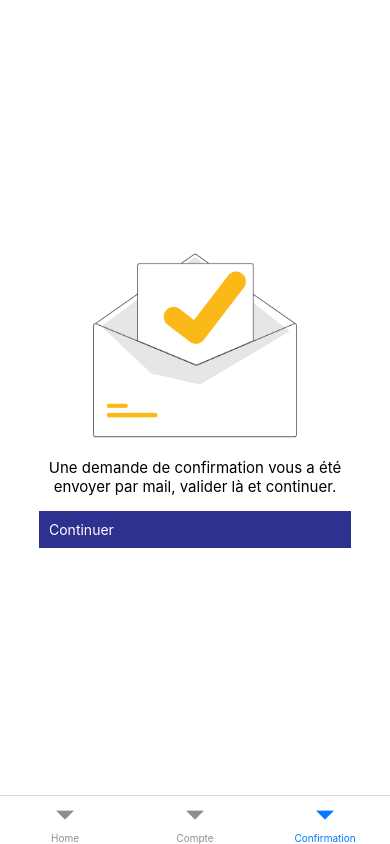
Repository: Norlan-20/Last-Afrilink
Screen: /Confirmation
These files come from the project's save history. The screen is drawn as it stood at one moment and after the next save; the edit follows.
The app was drawn by React Native's web renderer in a window 390 px wide. The project was rebuilt for these pictures with package versions that can differ from the ones it lists, and the page was loaded fresh each time. Also part of the build but not shown: screen/User.js.

Above is the screen before, as saved 2021-09-24 22:25:05.

### App.js
/* eslint-disable prettier/prettier */
import React from 'react'
import {View} from 'react-native'
import { NavigationContainer } from '@react-navigation/native'
import { createNativeStackNavigator } from '@react-navigation/native-stack'
import { createBottomTabNavigator } from '@react-navigation/bottom-tabs'
import HomeScreen from './screen/Home'
import UserScreen from './screen/User'
import ConfirmationScreen from './screen/Confirmation'

const Tab = createBottomTabNavigator();
const Stack = createNativeStackNavigator();


const App = () => {
  return (
    <NavigationContainer>
      <Tab.Navigator screenOptions={{headerShown: false}} >
        <Tab.Screen name="Home" component={HomeScreen}/>
        <Tab.Screen name="Compte" component={UserScreen}/>
        <Tab.Screen name="Confirmation" component={ConfirmationScreen}/>
      </Tab.Navigator>
    </NavigationContainer>
  );
};

export default App;

### screen/Home.js
/* eslint-disable prettier/prettier */
import React from 'react';
import {View, Text, StyleSheet, StatusBar, Dimensions, ScrollView} from 'react-native';
import { Header, Icon, Image, SearchBar } from 'react-native-elements';
import Categorie from '../component/categorie';
import Produit from '../component/produit';
// import EvilIcons from 'react-native-vector-icons/EvilIcons';

const {width,height} = Dimensions.get('window');
const fond = '#F7F7F7';
const primary = '#2e3190';
const search = '#DDDDDD';

const HomeScreen = props => {
    return (
        <View style={styles.container}>
            <StatusBar hidden={false}/>
            <Header
                leftComponent={<Icon name="navicon" type="evilicon" size={40} color="#FFF"/>}
                centerComponent={<Image source={require('../assets/logobleu.jpg')} style={{width: 200, height: 50}} />}
                rightComponent={<Icon name="cart" type="evilicon" size={40} color="#FFF"/>}
                backgroundColor={primary}
            />
            <SearchBar
                placeholder="Rechercher"
                round
                lightTheme
                containerStyle={{ width: width,backgroundColor: fond, borderWidth: 0}}
                inputContainerStyle={{ height: 45, backgroundColor: search, borderRadius: 150 }}
                inputStyle={{ height: 45,backgroundColor: search }}
                // searchIcon={<Icon name="user" type="ionicon" />}
                showCancel
                cancelIcon
                onClear
                style={{width: width}}
            />
            <ScrollView>
                <Categorie nom="Catégorie" />
                <Produit nom="Vedette" />
            </ScrollView>
        </View>
    );
};

const styles = StyleSheet.create({
    container:{
        flex: 1,
        backgroundColor: '#F7F7F7',
    },
});

export default HomeScreen;

### screen/Confirmation.js
/* eslint-disable prettier/prettier */
import React from 'react';
import  { View, Text, StyleSheet, Dimensions, Image } from 'react-native';
import { Continuer } from '../component/button';

const {width} = Dimensions.get('window');
const fond = '#F7F7F7';
const primary = '#2e3190';

const ConfirmationScreen = () => {
    return (
        <View style={styles.container}>
            <Image source={require('../assets/mailsent.png')} style={{ width: width - 100, height: width / 2}}/>
            <Text style={styles.message}>Une demande de confirmation vous a été envoyer par mail, valider là et continuer.</Text>
            <Continuer />
        </View>
    );
};

const styles = StyleSheet.create({
    container:{
        flex: 1,
        backgroundColor: '#FFF',
        alignItems: 'center',
        justifyContent: 'center',
    },
    message:{
        width: width - (width / 5),
        textAlign: 'center',
        fontSize: 15,
        marginTop: 15
    },
});

export default ConfirmationScreen;

### component/button.js
/* eslint-disable prettier/prettier */
import React from 'react'
import { TouchableOpacity, Text, Dimensions, StyleSheet } from 'react-native'

const {width} = Dimensions.get('window');
const primary = '#2e3190';

export const Continuer = () => {
    return(
        <TouchableOpacity style={ styles.continuer }>
            <Text style={styles.textWhite}>Continuer</Text>
        </TouchableOpacity>
    );
};

const styles = StyleSheet.create({
    continuer: {
        backgroundColor: primary,
        width: width - (width / 5),
        marginTop: 15,
        flexDirection: 'row',
        padding: 10,
    },
    textWhite: {
        color: '#FFFFFF',
    },
});

Loaded but not shown: component/categorie.js (library); component/produit.js (library)

After the next save:
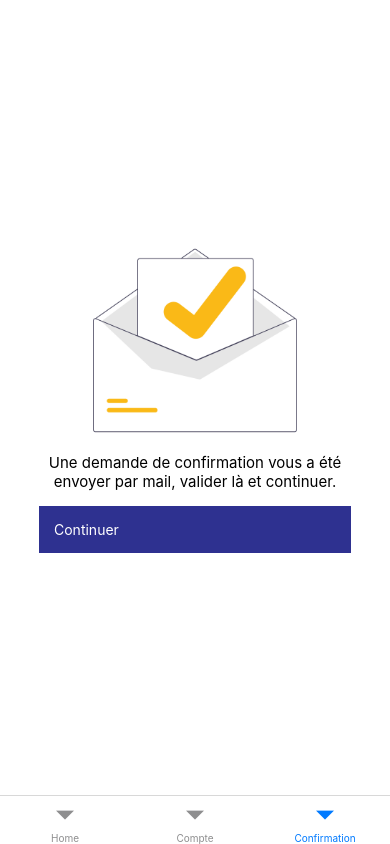
Saved 5 h 29 min later.
--- a/component/button.js
+++ b/component/button.js
@@ -19,7 +19,7 @@ const styles = StyleSheet.create({
         width: width - (width / 5),
         marginTop: 15,
         flexDirection: 'row',
-        padding: 10,
+        padding: 15,
     },
     textWhite: {
         color: '#FFFFFF',
